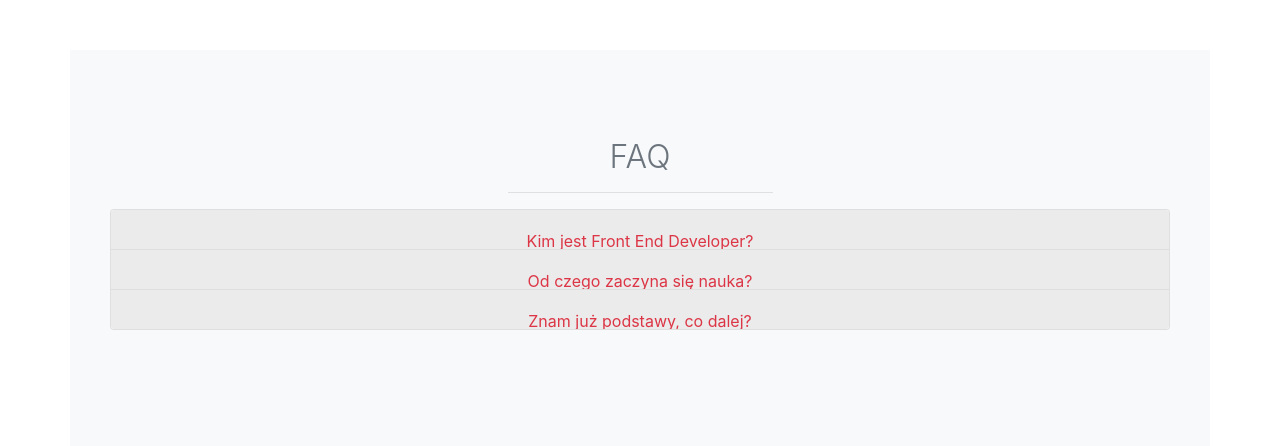
Repository: magdaf41/Bootstrap
Page: zadanie 2/index.html
An editor plug-in stored every save of this project. The page is shown before and after the next save, followed by the edit.
The browser window is 1280 px wide. The pictures show the whole page.

Above is the page before, as saved 2020-09-19 10:38:37.

After the next save:
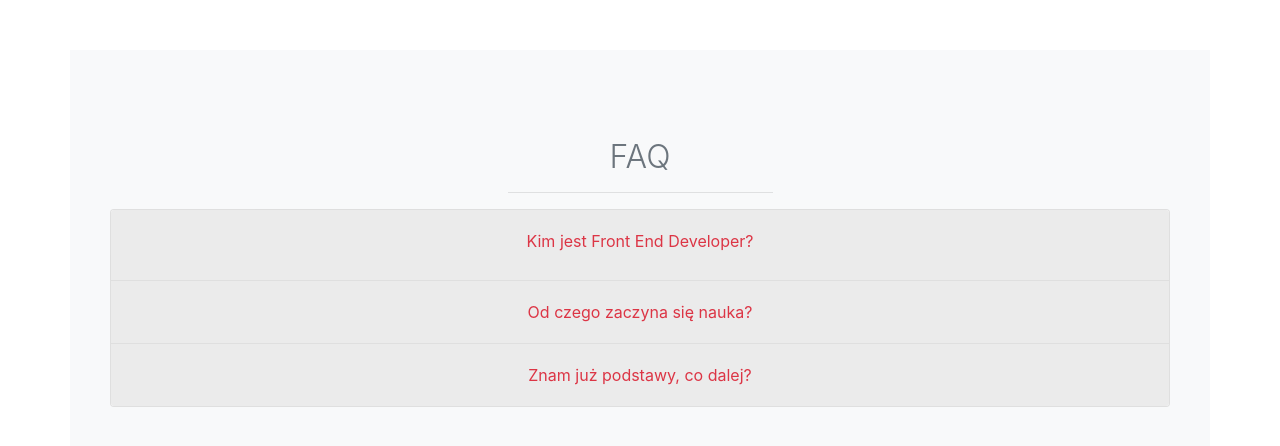
Saved 31 s later.
--- a/zadanie 2/css/style.css
+++ b/zadanie 2/css/style.css
@@ -18,7 +18,5 @@
 .card-header {
     background-color: rgb(235, 235, 235);
     text-align: center;
-    height: 40px;
-    padding-bottom: 10px;
-    margin-bottom: 20px;
+
 }
